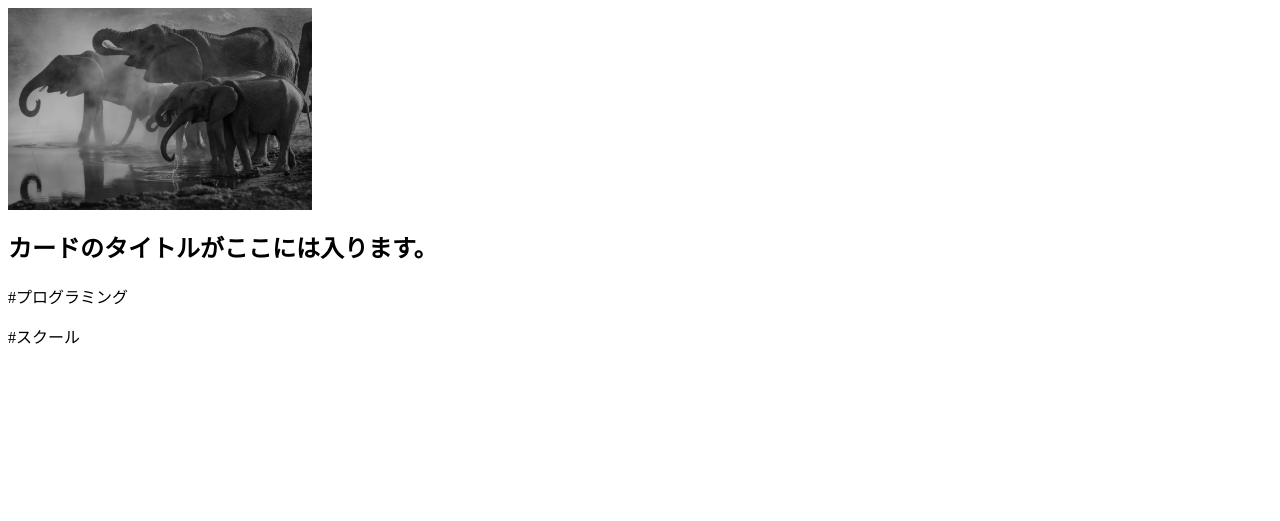
Repository: 9136424556/todo01
Page: coachtech/html-css/1-16練習問題２.html
An editor plug-in stored every save of this project. The page is shown before and after the next save, followed by the edit.
The browser window is 1280 px wide. The pictures show the whole page.

Above is the page before, as saved 2023-11-29 11:22:21.

### coachtech/html-css/1-16練習問題２.html
<link rel="stylesheet" href="css/1-16練習問題２.css">
<div class="card">
 <div class="card__img">
    <img src="img/elephant.png" alt="" />
 </div>
 <div class="card__content">
    <h2 class="card__content-tti">カードのタイトルがここには入ります。</h2>
    <p class="card__content-tag">#プログラミング</p>
    <p class="card__content-tag">#スクール</p>
 </div>
</div>

### coachtech/html-css/css/1-16練習問題２.css
img{
    width: 40%;
}
div{
    width: 760px;
    background: auto url(../img/elephant.png) no-repeat;

}

After the next save:
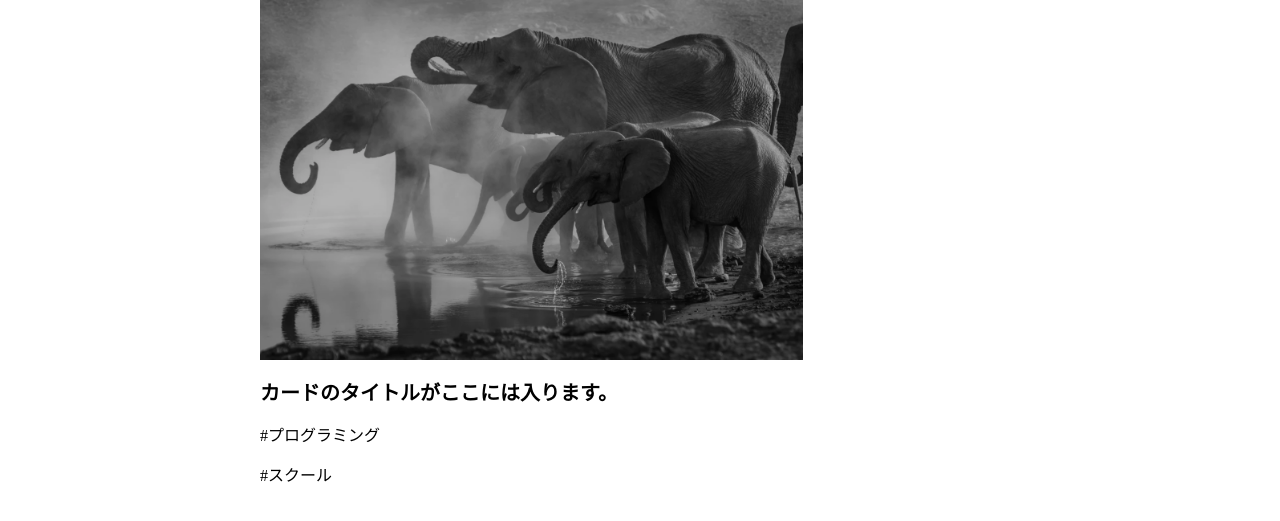
Saved 11 min 42 s later.
--- a/coachtech/html-css/css/1-16練習問題２.css
+++ b/coachtech/html-css/css/1-16練習問題２.css
@@ -1,8 +1,16 @@
-img{
-    width: 40%;
+body{
+    width: 760px;
+    margin: auto;
 }
-div{
-    width: 760px;
-    background: auto url(../img/elephant.png) no-repeat;
+.card{
+    box-shadow: 0 0 6 #eeeeee;
 
 }
+.card__img{
+    width: 40px;
+}
+.card__content-tti{
+    font-size: 20px;
+    font-weight: bold;
+
+}
